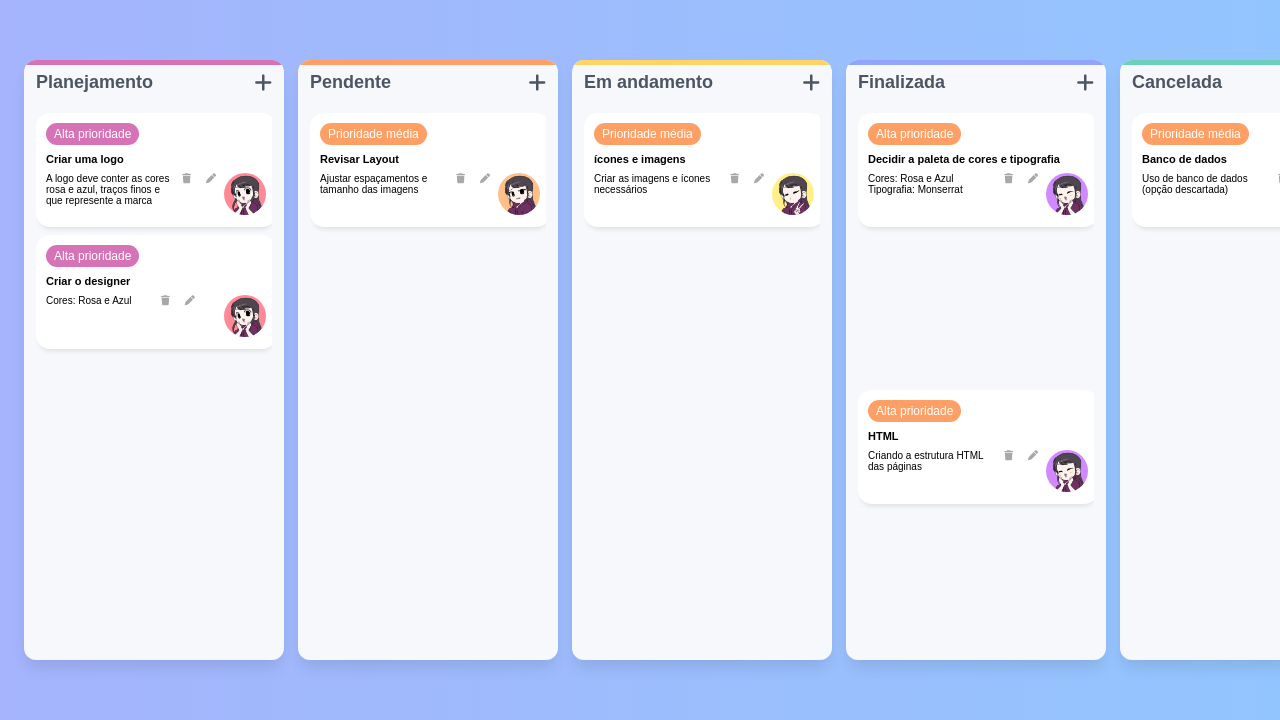
Repository: Marinalr-25/ProjetoToDoList
Page: index.html
These files come from the project's save history. The page is drawn as it stood at one moment and after the next save; the edit follows.
The browser window is 1280 px wide. The pictures show the whole page.
Some web fonts or font styles are not loaded; a fallback is used. Some web libraries are served in a nearby version.

Above is the page before, as saved 2025-01-29 13:36:50.

### index.html
<!DOCTYPE html>
<html lang="pt-BR">
  <head>
    <meta charset="UTF-8" />
    <meta name="viewport" content="width=device-width, initial-scale=1.0" />
    <link rel="preconnect" href="https://fonts.googleapis.com" />
    <link rel="preconnect" href="https://fonts.gstatic.com" crossorigin />
    <link
      href="https://fonts.googleapis.com/css2?family=Playpen+Sans:wght@100..800&family=Roboto:ital,wght@0,100;0,300;0,400;0,500;0,700;0,900;1,100;1,300;1,400;1,500;1,700;1,900&display=swap"
      rel="stylesheet"
    />
    <link
      rel="stylesheet"
      href="https://cdnjs.cloudflare.com/ajax/libs/font-awesome/6.6.0/css/all.min.css"
      integrity="sha512-Kc323vGBEqzTmouAECnVceyQqyqdsSiqLQISBL29aUW4U/M7pSPA/gEUZQqv1cwx4OnYxTxve5UMg5GT6L4JJg=="
      crossorigin="anonymous"
      referrerpolicy="no-referrer"
    />
    <link rel="stylesheet" href="css/style.css" />
    <title>Suas tarefas</title>
  </head>
  <body>
    <main class="kanban">
      <!-- coluna 1 (planejamento) -->
      <div class="kanban-column" data-id="1">
        <div class="kanban-title">
          <h2>Planejamento</h2>
          <button class="add-card"><i class="fa-solid fa-plus"></i></button>
        </div>
        <div class="kanban-cards">
          <div class="kanban-card" draggable="true">
            <div class="badge high">
              <span>Alta prioridade</span>
            </div>
            <p class="card-title">Criar uma logo</p>
            <div class="card-infos">
              A logo deve conter as cores rosa e azul, traços finos e que represente a marca
              <div class="card-icons">
                <p>
                  <i class="fa-solid fa-trash"></i>
                </p>
                <p>
                  <i class="fa-solid fa-pen"></i>
                </p>
              </div>
              <div class="user">
                <img src="images/iconePerfilPlanejamento.png" alt="avatar1" />
              </div>
            </div>
          </div>
          <div class="kanban-card" draggable="true">
            <div class="badge high">
              <span>Alta prioridade</span>
            </div>
            <p class="card-title">Criar o designer</p>
            <div class="card-infos">
              Cores: Rosa e Azul
              <div class="card-icons">
                <p>
                  <i class="fa-solid fa-trash"></i>
                </p>
                <p>
                  <i class="fa-solid fa-pen"></i>
                </p>
              </div>
              <div class="user">
                <img src="images/iconePerfilPlanejamento.png" alt="avatar1" />
              </div>
            </div>
          </div>
        </div>
      </div>
      <!-- coluna 2 (Pendente) -->
      <div class="kanban-column" data-id="2">
        <div class="kanban-title">
          <h2>Pendente</h2>
          <button class="add-card"><i class="fa-solid fa-plus"></i></button>
        </div>
        <div class="kanban-cards">
          <div class="kanban-card" draggable="true">
            <div class="badge medium">
              <span>Prioridade média</span>
            </div>
            <p class="card-title">Revisar Layout</p>
            <div class="card-infos">
              Ajustar espaçamentos e tamanho das imagens
              <div class="card-icons">
                <p>
                  <i class="fa-solid fa-trash"></i>
                </p>
                <p>
                  <i class="fa-solid fa-pen"></i>
                </p>
              </div>
              <div class="user">
                <img src="images/iconePerfilPendente.png" alt="avatar2" />
              </div>
            </div>
          </div>
        </div>
      </div>
      <!-- coluna 3 (Em andamento) -->
      <div class="kanban-column" data-id="3">
        <div class="kanban-title">
          <h2>Em andamento</h2>
          <button class="add-card"><i class="fa-solid fa-plus"></i></button>
        </div>
        <div class="kanban-cards">
          <div class="kanban-card" draggable="true">
            <div class="badge medium">
              <span>Prioridade média</span>
            </div>
            <p class="card-title">ícones e imagens</p>
            <div class="card-infos">
              Criar as imagens e ícones necessários
              <div class="card-icons">
                <p>
                  <i class="fa-solid fa-trash"></i>
                </p>
                <p>
                  <i class="fa-solid fa-pen"></i>
                </p>
              </div>
              <div class="user">
                <img src="images/iconePerfilEmAndamento.png" alt="avatar2" />
              </div>
            </div>
          </div>
        </div>
      </div>
      <!-- coluna 4 (Finalizada) -->
      <div class="kanban-column" data-id="4">
        <div class="kanban-title">
          <h2>Finalizada</h2>
          <button class="add-card"><i class="fa-solid fa-plus"></i></button>
        </div>
        <div class="kanban-cards">
          <div class="kanban-card" draggable="true">
            <div class="badge medium">
              <span>Alta prioridade</span>
            </div>
            <p class="card-title">Decidir a paleta de cores e tipografia</p>
            <div class="card-infos">
              Cores: Rosa e Azul
              Tipografia: Monserrat
              <div class="card-icons">
                <p>
                  <i class="fa-solid fa-trash"></i>
                </p>
                <p>
                  <i class="fa-solid fa-pen"></i>
                </p>
              </div>
              <div class="user">
                <img src="images/iconePerfilFinalizada.png" alt="avatar2" />
              </div>
            </div>
          </div>
        </div>
        <div class="kanban-cards">
          <div class="kanban-card" draggable="true">
            <div class="badge medium">
              <span>Alta prioridade</span>
            </div>
            <p class="card-title">HTML</p>
            <div class="card-infos">Criando a estrutura HTML das páginas
              <div class="card-icons">
                <p>
                  <i class="fa-solid fa-trash"></i>
                </p>
                <p>
                  <i class="fa-solid fa-pen"></i>
                </p>
              </div>
              <div class="user">
                <img src="images/iconePerfilFinalizada.png" alt="avatar2" />
              </div>
            </div>
          </div>
        </div>
      </div>
      <!-- coluna 5 (Cancelada)-->
      <div class="kanban-column" data-id="5">
        <div class="kanban-title">
          <h2>Cancelada</h2>
          <button class="add-card"><i class="fa-solid fa-plus"></i></button>
        </div>
        <div class="kanban-cards">
          <div class="kanban-card" draggable="true">
            <div class="badge medium">
              <span id="propriedadeSelecionada">Prioridade média</span>
            </div>
            <p class="card-title">Banco de dados</p>
            <div class="card-infos">
              Uso de banco de dados (opção descartada)
              <div class="card-icons">
                <p>
                  <i class="fa-solid fa-trash"></i>
                </p>
                <p>
                  <i class="fa-solid fa-pen"></i>
                </p>
              </div>
              <div class="user">
                <img src="images/iconePerfilCancelada.png" alt="avatarTarefaCancelada" />
              </div>
            </div>
          </div>
        </div>
      </div>

      <div class="adicionando">
        <div class="opcoes">
          <div class="custom_radio">
            <input
              type="radio"
              name="prioridade"
              id="alta_prioridade"
              placeholder="Alta prioridade"
            />
            <label for="alta_prioridade">Alta prioridade</label>
          </div>
          <div class="custom_radio">
            <input
              type="radio"
              name="prioridade"
              id="media_prioridade"
              placeholder="Alta prioridade"
            />
            <label for="media_prioridade">Prioridade média</label>
          </div>
          <div class="custom_radio">
            <input
              type="radio"
              name="prioridade"
              id="baixa_prioridade"
              placeholder="Alta prioridade"
            />
            <label for="baixa_prioridade">Baixa prioridade</label>
          </div>
      </div>
      <div class="title">
        <input type="text" class="title" name="title" id="title" placeholder="Título">
        <label for="title"></label>
      </div>
      <div class="descricao">
        <textarea placeholder="Descrição da tarefa" name="caixa_texto" id="caixa_texto" class="caixa_texto"></textarea>
      </div>
      <div class="buttons">
        <button class=" botao okButton">Ok</button>
        <button class=" botao cancelarButton">Cancelar</button>
      </div>

    </main>
    <!-- <button id="clear-storage">Limpar Local Storage</button> -->
    <script src="javascript/script.js"></script>
  </body>
</html>

### css/style.css
* {
  padding: 0;
  margin: 0;
  box-sizing: border-box;
}

*::-webkit-scrollbar {
  width: 0.8rem;
}

*::-webkit-scrollbar-track {
  background-color: #eaeffa;
  border-radius: 0.8rem;
}
*::-webkit-scrollbar-thumb {
  background-color: #b7d3fb;
  border-radius: 2rem;
}

html {
  font-size: 62.5%;
}

body {
  font-family: 'Playpen Sans', sans-serif;
  min-height: 100vh;
  display: flex;
  justify-content: center;
  align-items: center;
  background: linear-gradient(90deg, #a5b4fc, #93c5fd);
}

.kanban {
  display: flex;
  gap: 1.4rem;
  padding: 2.4rem;
  width: 100%;
  height: 90vh;
  overflow-x: auto;
}

.kanban-column {
  display: flex;
  flex-direction: column;
  gap: 1.8rem;
  height: 100%;
  overflow-y: auto;
  background-color: #f6f8fc;
  border-radius: 1.2rem;
  box-shadow: 0 1rem 1.5rem -0.3rem rgba(0, 0, 0, 0.1);
  padding: 1.2rem;
  overflow: hidden;
  min-width: 26rem;
  position: relative;

  &::after {
    position: absolute;
    content: '';
    top: 0;
    left: 0;
    height: 0.5rem;
    width: 100%;
  }
  &[data-id='1']::after {
    background-color: #d573b6;
  }
  &[data-id='2']::after {
    background-color: #fea065;
  }
  &[data-id='3']::after {
    background-color: #fed565;
  }
  &[data-id='4']::after {
    background-color: #92a5fb;
  }
  &[data-id='5']::after {
    background-color: #6ed0bc;
  }
}

.kanban-title {
  display: flex;
  justify-content: space-between;

  & h2 {
    font-size: 1.8rem;
    color: #4b5563;
    font-weight: 600;
  }
}

.add-card {
  color: #4b5563;
  font-size: 2rem;
  background-color: transparent;
  cursor: pointer;
  border: none;
}

.kanban-cards {
  display: flex;
  flex-direction: column;
  gap: 0.8rem;
  height: 100%;
  overflow-x: hidden;
  overflow-y: auto;
}

.kanban-card {
  display: flex;
  flex-direction: column;
  gap: 0.8rem;
  background-color: #ffffff;
  padding: 1rem;
  width: 24rem;
  border-radius: 1.4rem;
  box-shadow: 0 0.5rem 0.5rem -0.3rem rgba(0, 0, 0, 0.1);
  cursor: pointer;
}

.badge {
  color: #ffffff;
  width: fit-content;
  font-size: 1.2rem;
  padding: 0.4rem 0.8rem;
  border-radius: 1.2rem;

  &.high {
    background-color: #d573b6;
  }
  &.medium {
    background-color: #fea065;
  }
  &.low {
    background-color: #92a5fb;
  }
}

.dragging {
  opacity: 0.5;
}

.card-title {
  font-size: 1.1rem;
  font-weight: 600;
}

.card-infos {
  display: flex;
  justify-content: space-between;
  align-items: start;
  gap: 0.8rem;
}
.card-icons {
  display: flex;
  gap: 1.5rem;
  & i {
    color: #a8a8aa;
  }
}

.cards-hover {
  background-color: #eaeffa;
  border-radius: 0.8rem;
}

.user img {
  width: 4.2rem;
  height: 4.2rem;
  border-radius: 100%;
  object-fit: cover;
}

.adicionando {
  padding: 2rem;
  display: none;
  flex-direction: column;
  justify-content: space-between;
  gap: 2.5rem;
  position: fixed;
  top: 50%;
  left: 50%;
  transform: translate(-50%, -50%);
  width: 50rem;
  height: 35rem;
  border-radius: 1rem;
  box-shadow: inset -0.5rem -0.5rem 2rem 0.5rem rgba(0, 0, 0, 0.2);
  background: linear-gradient(150deg, #93c5fd, #a5b4fc);
}

.opcoes {
  display: flex;
  justify-content: center;
  gap: 2rem;
}

.custom_radio input[type='radio'] {
  display: none;
}

.custom_radio label {
  display: inline-block;
  margin: 0.5rem;
  cursor: pointer;
  transition: all 0.2s ease;
  background-color: #43b494;
  color: #ffffff;
  width: fit-content;
  font-size: 1.2rem;
  padding: 0.4rem 0.8rem;
  border-radius: 1.2rem;
}

.custom_radio input[type='radio']:checked + label {
  box-shadow: 0 0.5rem 0.5rem 0.2rem rgba(0, 0, 0, 0.2);
}

label:hover {
  transform: scale(1.1);
}

#alta_prioridade:checked + label {
  background-color: #d573b6; /* Vermelho para alta prioridade */
}

#media_prioridade:checked + label {
  background-color: #fea065; /* Amarelo para média prioridade */
}

#baixa_prioridade:checked + label {
  background-color: #92a5fb; /* Verde para baixa prioridade */
}

.custom-radio input[type='radio']:checked {
  transform: scale(1.1);
}

.title {
  display: flex;
  justify-content: center;
  padding: 0.5rem 1rem;
}

.title::placeholder {
  text-align: center;
}

.title,
.caixa_texto {
  border: 0;
  resize: none;
  border-radius: 1.2rem;
}

.title:focus,
.caixa_texto:focus {
  outline: none;
  box-shadow: inset 0 0 1.5rem 0.2rem transparent;
  border: 2px solid #998fe8;
}

.descricao {
  display: flex;
  justify-content: center;
}
.caixa_texto {
  width: 30rem;
  height: 10rem;
  padding: 1rem;
  box-shadow: inset 0 0 1.5rem 0.2rem #00000033;
}

.caixa_texto::placeholder {
  text-align: start;
}

.buttons {
  display: flex;
  justify-content: space-around;
  height: 4rem;
  align-items: center;
}

.botao {
  text-transform: uppercase;
  font-weight: 600;
  border: 0;
  border-radius: 5rem;
  padding: 0.6rem 0.8rem;
  width: 9rem;
  box-shadow: 0 0.5rem 0.5rem 0.2rem rgba(0, 0, 0, 0.2);
}

.okButton {
  background-color: #6ac96f;
  box-shadow: inset 0 0.5rem 0.5rem 0.2rem transparent;
  transition: all 0.3s ease;
  &:hover {
    box-shadow: inset 0.2rem -0.5rem 1rem 0.1rem #52b957;
    transform: scale(1.1);
  }
}
.cancelarButton {
  background-color: #e57373;
  box-shadow: inset 0 0.5rem 0.5rem 0.2rem transparent;
  transition: all 0.3s ease;
  &:hover {
    box-shadow: inset 0.2rem -0.5rem 1rem 0.1rem #d63d3d;
    transform: scale(1.1);
  }
}

### javascript/script.js
document.addEventListener('DOMContentLoaded', function () {
  const cards = document.querySelectorAll('.kanban-card');
  const colunas = document.querySelectorAll('.kanban-cards');
  const mais = document.querySelectorAll('.fa-solid.fa-plus');
  const cancelar = document.querySelector('.cancelarButton');
  const ok = document.querySelector('.okButton');
  const adicionando = document.querySelector('.adicionando');
  const textarea = document.querySelector('.caixa_texto');
  const kanbanCards = document.querySelector('.kanban-cards');
  const title = document.getElementById('title');
  const radios = document.querySelectorAll('input[name="prioridade"]');
  const kanbanColuna = document.querySelectorAll('.kanban-column');

  let dragCard = null;
  let selecionadoPrioridade = '';

  function updateAvatarImage(card) {
    const column = card.closest('.kanban-column');
    const avatarImage = card.querySelector('.user img');

    // Define a imagem com base no `data-id` da coluna
    switch (column.getAttribute('data-id')) {
      case '1':
        avatarImage.src = 'images/iconePerfilPlanejamento.png';
        break;
      case '2':
        avatarImage.src = 'images/iconePerfilPendente.png';
        break;
      case '3':
        avatarImage.src = 'images/iconePerfilEmAndamento.png';
        break;
      case '4':
        avatarImage.src = 'images/iconePerfilFinalizada.png';
        break;
      case '5':
        avatarImage.src = 'images/iconePerfilCancelada.png';
        break;
    }
  }

  function addDragEvents(card) {
    card.addEventListener('dragstart', (e) => {
      dragCard = card;
      e.currentTarget.classList.add('dragging');
    });
    card.addEventListener('dragend', (e) => {
      e.currentTarget.classList.remove('dragging');
      updateAvatarImage(dragCard);
      dragCard = null;
    });
  }

  cards.forEach((card) => addDragEvents(card));
  colunas.forEach((coluna) => {
    coluna.addEventListener('dragover', (e) => {
      e.preventDefault();
      e.currentTarget.classList.add('cards-hover');
    });
    coluna.addEventListener('dragleave', (e) => {
      e.currentTarget.classList.remove('cards-hover');
    });
    coluna.addEventListener('drop', (e) => {
      e.preventDefault();
      e.currentTarget.classList.remove('cards-hover');
      if (dragCard) {
        e.currentTarget.appendChild(dragCard);
        pegarColuna();
        // Atualizar no localStorage
        saveCardPosition(dragCard, pegarColuna());
      }
    });
  });

  radios.forEach((radio) => {
    radio.addEventListener('change', () => {
      if (radio.checked) {
        selecionadoPrioridade = radio.nextElementSibling.textContent;
        console.log(selecionadoPrioridade);
      }
    });
  });

  function corPrioridade() {
    switch (selecionadoPrioridade) {
      case 'Alta prioridade':
        return 'high';
      case 'Prioridade média':
        return 'medium';
      case 'Baixa prioridade':
        return 'low';
      default:
        return null;
    }
  }

  function titulo() {
    return title.value;
  }

  function descricaotarefa() {
    return textarea.value;
  }

  mais.forEach((adicionar) => {
    adicionar.addEventListener('click', function () {
      title.value = '';
      textarea.value = '';
      radios.forEach((radio) => {
        radio.checked = false;
      });
      selecionadoPrioridade = '';
      adicionando.style.display = 'flex';
    });
  });

  textarea.addEventListener('blur', function () {
    const textareavalue = this.value;
    console.log(textareavalue);
  });
  cancelar.addEventListener('click', function () {
    adicionando.style.display = 'none';
  });

  ok.addEventListener('click', function () {
    const novoCard = document.createElement('div');
    novoCard.className = 'kanban-card';
    novoCard.draggable = true;

    const prioridadeClasse = corPrioridade();
    const campoTexto = textarea.value;
    if (prioridadeClasse === null) {
      alert('Por favor, selecione uma prioridade.');
      return;
    } else if (campoTexto === '') {
      alert('Por favor, descreva sua tarefa.');
      return;
    }
    const tituloCaixa = titulo();
    const descricao = descricaotarefa();

    const cardID = generateCardID();
    novoCard.setAttribute('data-id', cardID);

    const conteudoCard = `
        <div class= "badge ${prioridadeClasse}">
            <span>${selecionadoPrioridade} </span>
        </div>
        <p class="card-title">${tituloCaixa} </p>
        <div class="card-infos"> ${descricao}
            <div class="card-icons">
                <p>
                    <i class="fa-solid fa-trash"></i>
                </p>
                <p>
                    <i class="fa-solid fa-pen"></i>
                </p>
            </div>
            <div class="user">
                <img src="images/iconePerfilPlanejamento.png" alt="avatar2" />
            </div>
        </div>
    `;

    novoCard.innerHTML = conteudoCard;
    kanbanCards.append(novoCard);
    addDragEvents(novoCard);

    // Salvar card no localStorage
    saveCard({
      id: cardID,
      titulo: tituloCaixa,
      descricao: descricao,
      prioridade: selecionadoPrioridade,
      classe: prioridadeClasse,
      coluna: '1',
    });

    adicionando.style.display = 'none';
  });

  function saveCard(card) {
    const cards = JSON.parse(localStorage.getItem('cards')) || [];
    cards.push(card);
    localStorage.setItem('cards', JSON.stringify(cards));
  }

  function generateCardID() {
    return `card-${Math.floor(Math.random() * 1000000)}`;
  }

  function saveCardPosition(card, colunaId) {
    const cardID = card.getAttribute('data-id');
    const cards = JSON.parse(localStorage.getItem('cards')) || [];
    const cardData = cards.find((c) => c.id === cardID);

    if (cardData) {
      cardData.coluna = colunaId; // Atualiza a coluna do card
      localStorage.setItem('cards', JSON.stringify(cards)); // Salva no localStorage
    }
  }

  function loadCards() {
    const cards = JSON.parse(localStorage.getItem('cards')) || [];
    cards.forEach((card) => {
      const novoCard = document.createElement('div');
      novoCard.className = 'kanban-card';
      novoCard.draggable = true;
      novoCard.setAttribute('data-id', card.id);

      const conteudoCard = `
        <div class= "badge ${card.classe}">
            <span>${card.prioridade} </span>
        </div>
        <p class="card-title">${card.titulo} </p>
        <div class="card-infos"> ${card.descricao}
            <div class="card-icons">
                <p>
                    <i class="fa-solid fa-trash"></i>
                </p>
                <p>
                    <i class="fa-solid fa-pen"></i>
                </p>
            </div>
            <div class="user">
                <img src="images/iconePerfilPlanejamento.png" alt="avatar2" />
            </div>
        </div>
  `;

      novoCard.innerHTML = conteudoCard;
      kanbanCards.append(novoCard);
      addDragEvents(novoCard);
      updateAvatarImage(novoCard);
    });
  }

  loadCards();
});

After the next save:
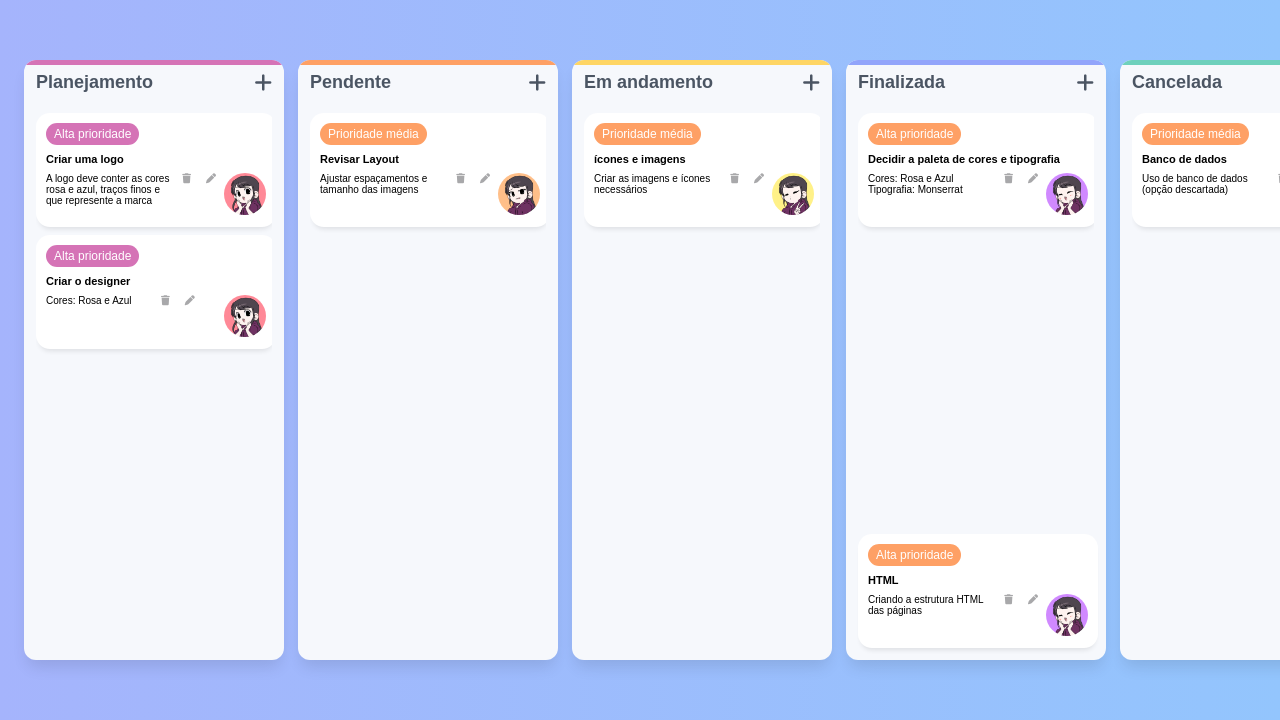
Saved 106 s later.
--- a/index.html
+++ b/index.html
@@ -157,7 +157,7 @@
             </div>
           </div>
         </div>
-        <div class="kanban-cards">
+
           <div class="kanban-card" draggable="true">
             <div class="badge medium">
               <span>Alta prioridade</span>
@@ -177,7 +177,6 @@
               </div>
             </div>
           </div>
-        </div>
       </div>
       <!-- coluna 5 (Cancelada)-->
       <div class="kanban-column" data-id="5">
